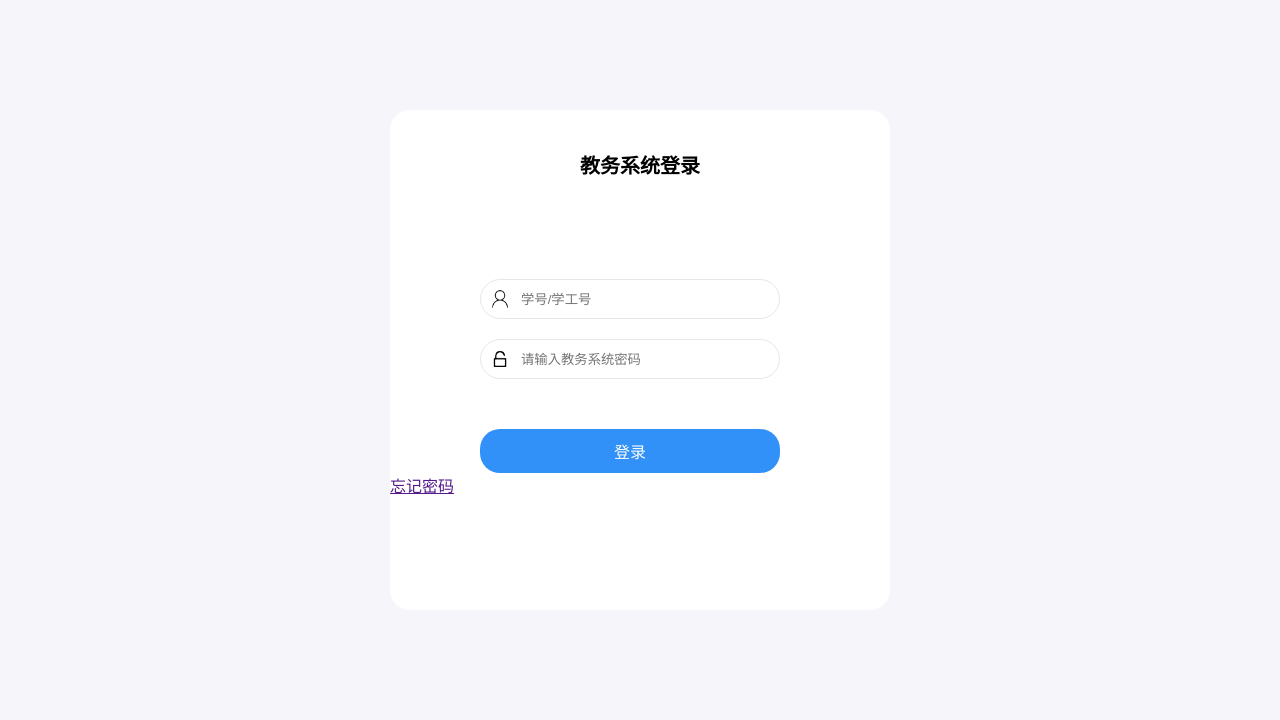
Repository: yangziteng/System
Page: / (app in myreact/)
The author's editor kept a copy of each file at every save. The page is drawn from the files as they stood at one save, then again after the next save.
The browser window is 1280 px wide. The pictures show the whole page.
The project was rebuilt for these pictures with package versions that can differ from the ones it lists, and the page was loaded fresh each time. Also part of the build but not shown: myreact/vite.config.js, myreact/src/App.css, myreact/src/App.jsx, myreact/src/log.jsx.

Above is the page before, as saved 2022-07-08 14:57:51.

### myreact/src/main.jsx
import React from 'react'
import ReactDOM from 'react-dom/client'
import App from './App'
import LOG from './log'
import './index.css'
import Login from "./pages/Login/Login"
const p = {name:"杨",age:12}
ReactDOM.createRoot(document.getElementById('root')).render(
  <React.StrictMode>
    {/* //解构赋值 语法 */}

    <Login/>


  </React.StrictMode>
)

### myreact/src/pages/Login/Login.jsx
import { useState } from 'react'
import { Component } from 'react'
import "./Login.css"
import img2 from "./images/p.png"
import img from "./images/a.png" //引入图片
class Login extends Component {
    constructor() {
        super()
    }
    render() {
        return (
            <div className='bgc'>
                <div className='model'>
                    <div className='model-head'>教务系统登录</div>
                    <div className='model-body'>
                        <div className='username'>
                            <input type="text" placeholder='学号/学工号' className='model-body-input' >
                            </input>
                            <img className='img' src={img} alt="" />
                        </div>
                        <div className='pwd'>
                            <input type="password" placeholder='请输入教务系统密码' className='model-body-input' >
                            </input>
                            <img className='img' src={img2} alt="" />
                        </div>
                        <div className='model-end'>
                            登录
                        </div>
                    </div>
                    <div className='end'>
                        <a href="">忘记密码</a>
                    </div>
                </div>
            </div>
        )
    }
}
export default Login

### myreact/src/pages/Login/Login.css

.bgc{
    background-color: rgba(245,245,250);
    width: 100vw;
    height: 100vh;
    display:flex;
    align-items: center;
}
.model{
    width: 500px;
    height: 500px;
    background-color: white;
    border-radius: 20px;
    margin:0 auto;
}
.model-head{
    text-align: center;
    margin-top:40px;
    font-size: 20px;
    font-weight: 800;
}
.model-body{

    margin-top:100px;

}
.username{
    display: flex;
    justify-content: center;
    align-items: center;
    position: relative;

}
.pwd{
    display: flex;
    justify-content: center;
    align-items: center;
    position: relative;
    margin-top:20px
}
.model-body-input{
    width: 300px;
    height: 40px;
    outline: none;
    border-radius: 20px;
    padding-left:40px ;
    box-sizing: border-box;
    border:1px solid #e7e7e7
}

.img{
    width: 20px;
    height: 20px;
    position: relative;
    right: 290px;
    /* right:290px */
}
.model-end{
    width: 300px;
    background-color: rgba(50,145,248);
    /* letter-spacing: 40px; */
    border-radius: 20px;
    padding: 10px 0px;
    text-align: center;
    color:white;
    margin:0 auto;
    position: relative;
    right:10px;
    margin-top:50px;
}
.end{
    position: absolute;
}

Loaded but not shown: myreact/index.html (common file); myreact/src/index.css (common file)

After the next save:
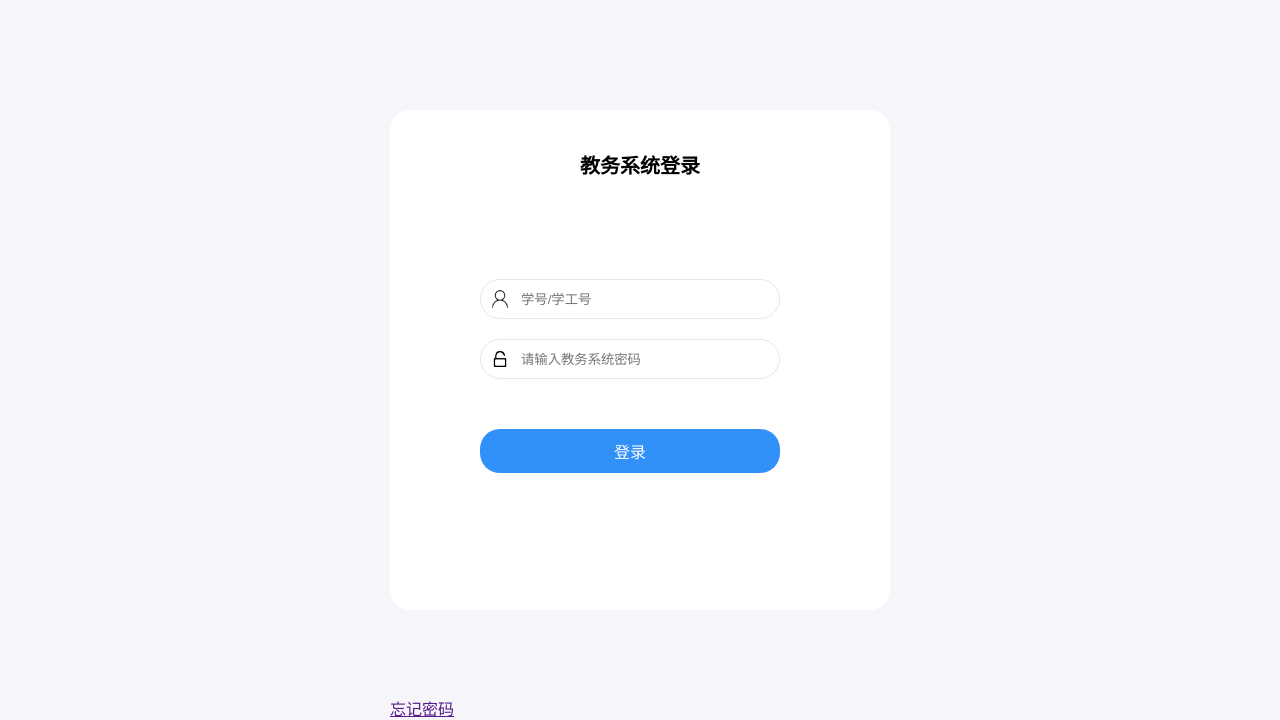
Saved 13 s later.
--- a/myreact/src/pages/Login/Login.css
+++ b/myreact/src/pages/Login/Login.css
@@ -70,4 +70,5 @@
 }
 .end{
     position: absolute;
+    bottom: 0px;
 }

After the save that followed:
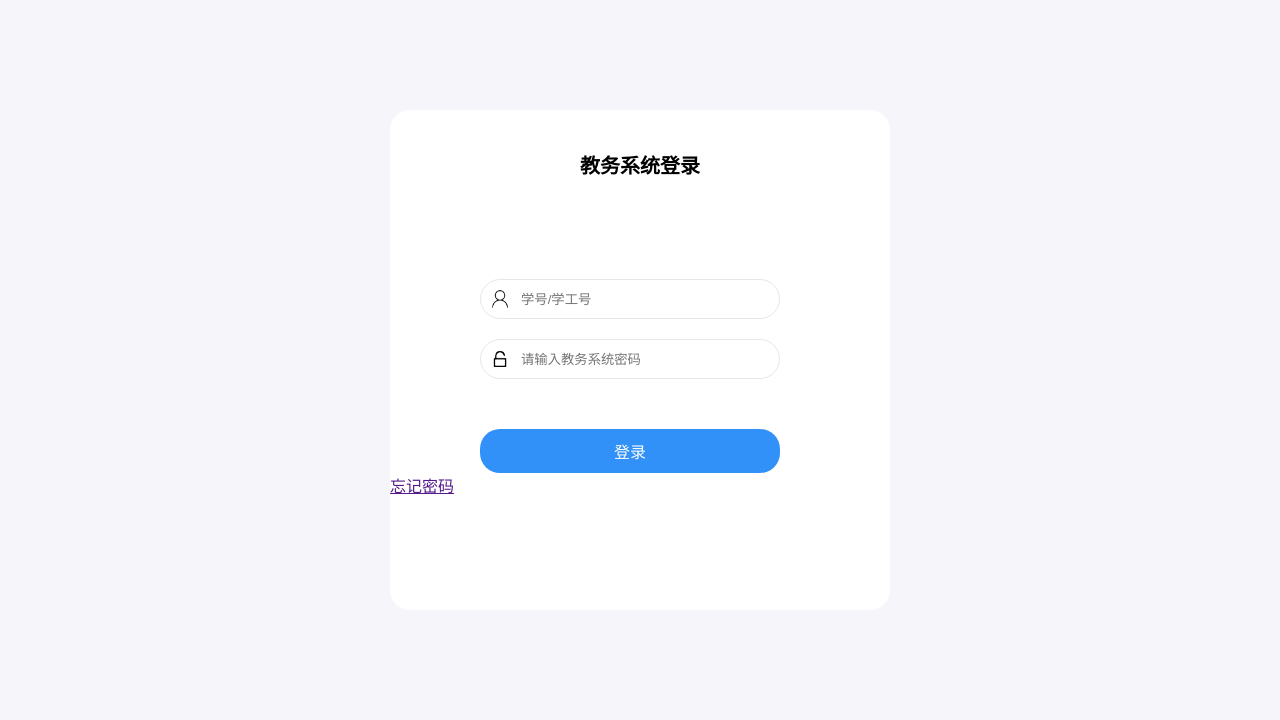
Saved 5 s later.
--- a/myreact/src/pages/Login/Login.css
+++ b/myreact/src/pages/Login/Login.css
@@ -69,6 +69,6 @@
     margin-top:50px;
 }
 .end{
-    position: absolute;
+    position: relative;
     bottom: 0px;
 }
